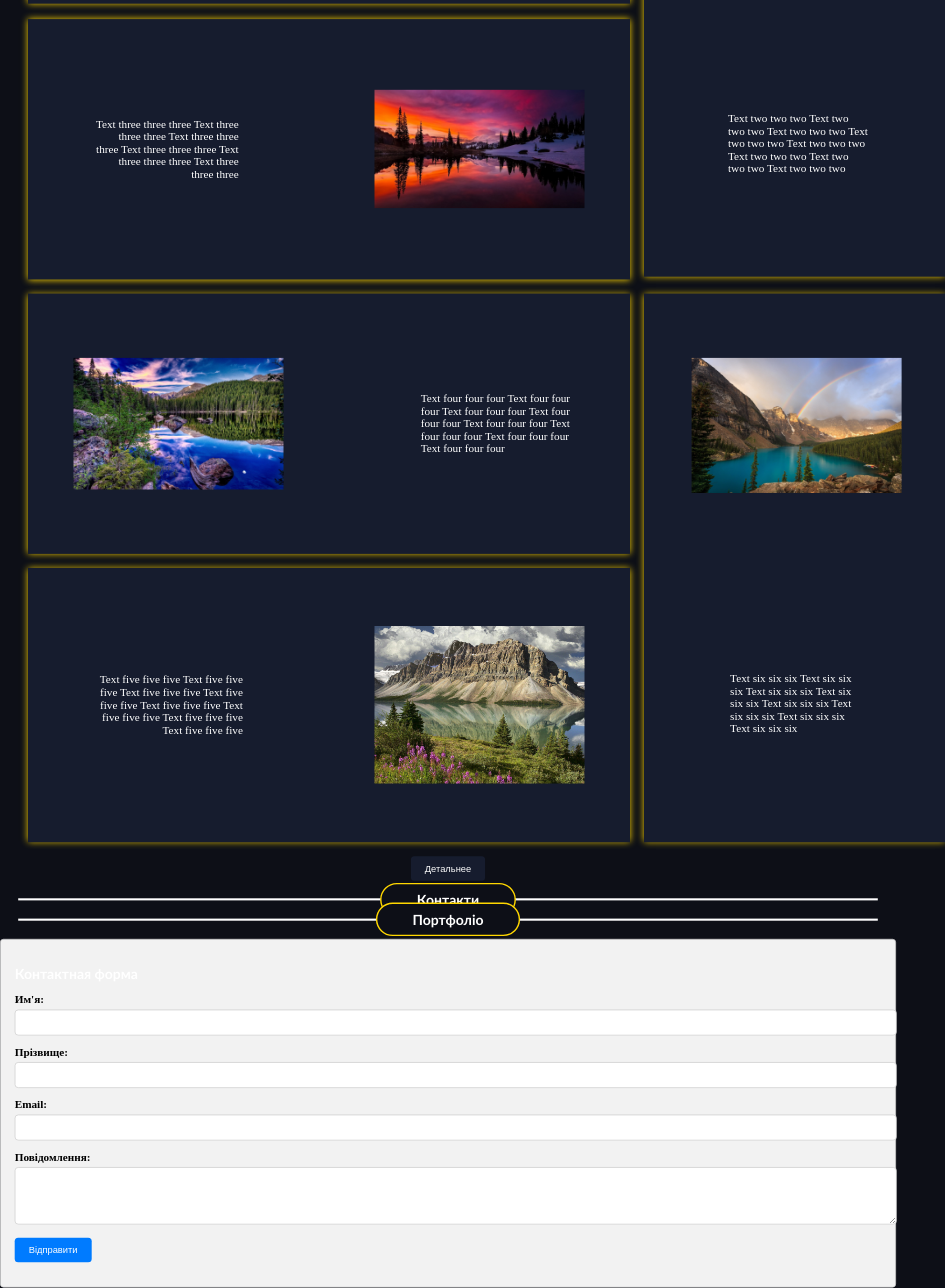
Repository: qtqqrdy13/cv-2
Page: index.html
These files come from the project's save history. The page is drawn as it stood at one moment and after the next save; the edit follows.
The browser window is 1280 px wide. The page is 1350 px wide, so the pictures cover 1350 px, including what lies to the right of the window. The pictures show the part of the page from y = 3345 to 5185 px (the page is 5185 px tall before and 5156 px after), at 70% of full size.

Above is the page before, as saved 2023-10-12 15:22:55.

After the next save:
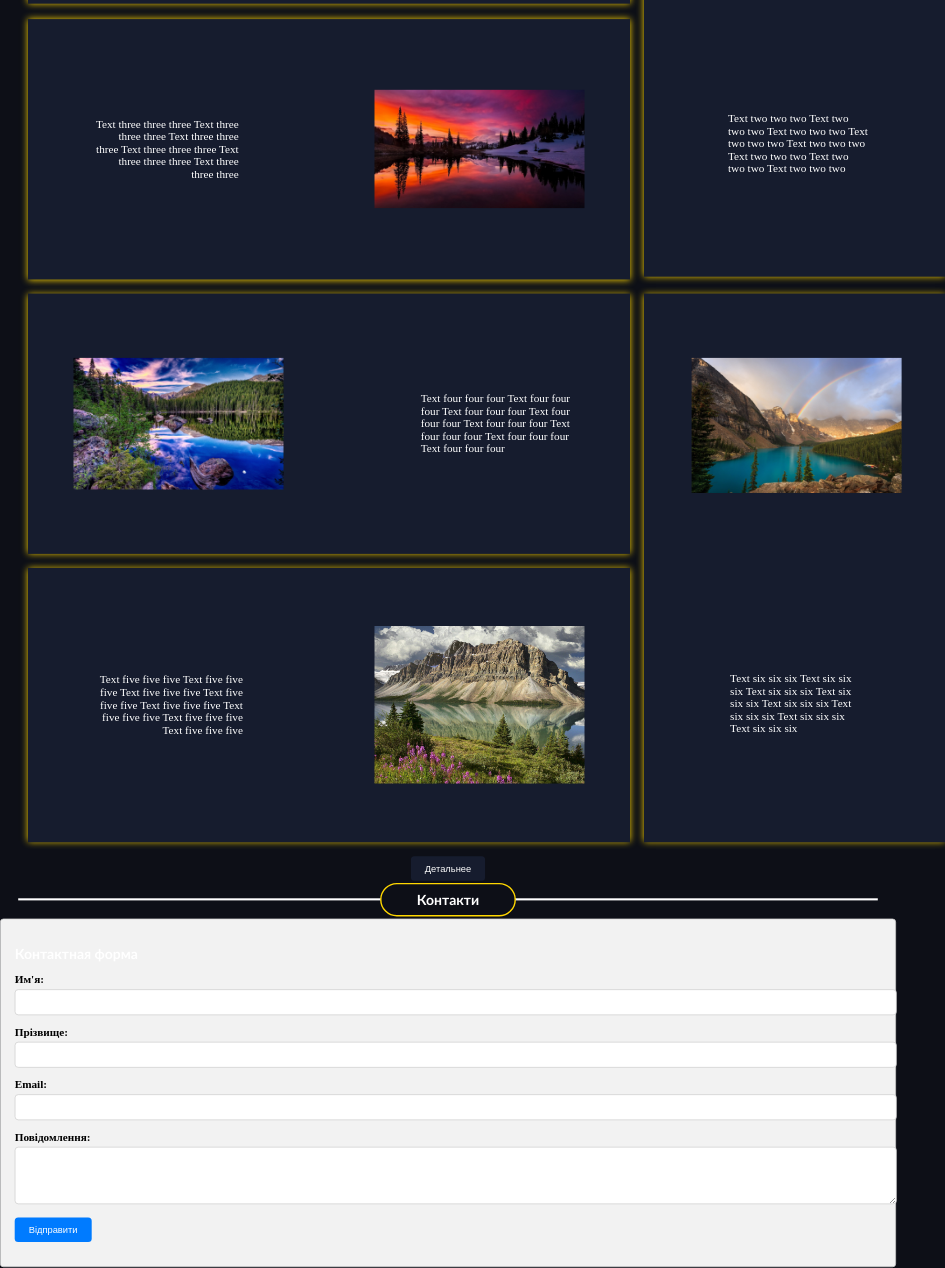
Saved 23 s later.
--- a/index.html
+++ b/index.html
@@ -184,15 +184,6 @@
     </div>
 </div>
 <!--Edge-->
- <!--Edge-->
-    <div id="about_us">
-        <div class="announcement">
-            <h2 class="title">
-                Портфоліо
-            </h2>
-        </div>
-    </div>
-    <!--Edge-->
 </div>
 <div class="form">
     <h2>Контактная форма</h2>
